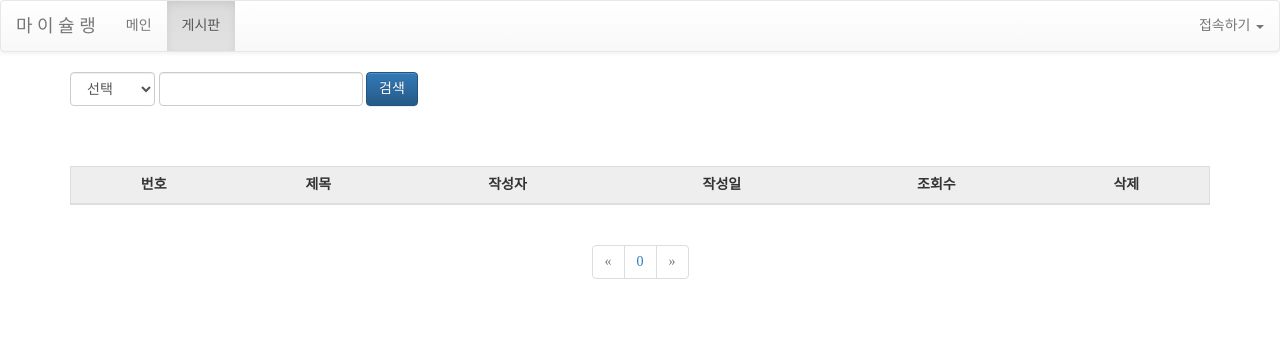
Repository: serendipity63/mychelin
Page: http://localhost/board/WEB-INF/views/boardlist.jsp
The author's editor kept a copy of each file at every save. The page is drawn from the files as they stood at one save, then again after the next save.
The browser window is 1280 px wide. The pictures show the whole page.
Some web fonts or font styles are not loaded; a fallback is used. Some web libraries are served in a nearby version. The page is served by Tomcat 9. Nobody is signed in. The template is opened directly, without the code that normally fills it, so the values that code supplies are empty.

Above is the page before, as saved 2024-01-11 08:22:07.

After the next save:
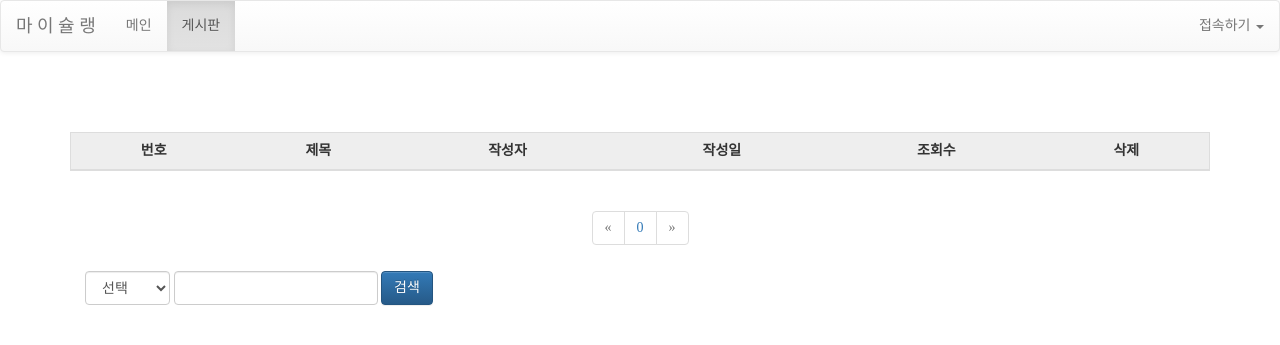
Saved 77 s later.
--- a/board/src/main/webapp/WEB-INF/views/boardlist.jsp
+++ b/board/src/main/webapp/WEB-INF/views/boardlist.jsp
@@ -75,23 +75,6 @@
 		</div>
 	</nav>
 
-<div class="container">
-    <form class="form-inline" action="boardsearch" method="post" id="searchform">
-        <input type="hidden" name="page" id="page" value="1">
-        <div class="form-group">
-            <select class="form-control" name="type">
-                <option value="all">선택</option>
-                <option value="subject" ${type eq 'subject'? 'selected':''}>제목</option>
-                <option value="writer" ${type eq 'writer'? 'selected':''}>작성자</option>
-                <option value="content" ${type eq 'content'? 'selected':''}>내용</option>
-            </select>
-        </div>
-        <div class="form-group">
-            <input type="text" class="form-control" name="keyword" id="keyword" value="${keyword }">
-        </div>
-        <button type="submit" class="btn btn-primary">검색</button>
-    </form>
-</div>
 
 	<div class="container">
 		<c:if test="${user ne Empty }">
@@ -166,6 +149,23 @@
 				</c:choose>
 			</ul>
 		</nav>
+<div class="container">
+    <form class="form-inline" action="boardsearch" method="post" id="searchform">
+        <input type="hidden" name="page" id="page" value="1">
+        <div class="form-group">
+            <select class="form-control" name="type">
+                <option value="all">선택</option>
+                <option value="subject" ${type eq 'subject'? 'selected':''}>제목</option>
+                <option value="writer" ${type eq 'writer'? 'selected':''}>작성자</option>
+                <option value="content" ${type eq 'content'? 'selected':''}>내용</option>
+            </select>
+        </div>
+        <div class="form-group">
+            <input type="text" class="form-control" name="keyword" id="keyword" value="${keyword }">
+        </div>
+        <button type="submit" class="btn btn-primary">검색</button>
+    </form>
+</div>
 
 	</div>
 
